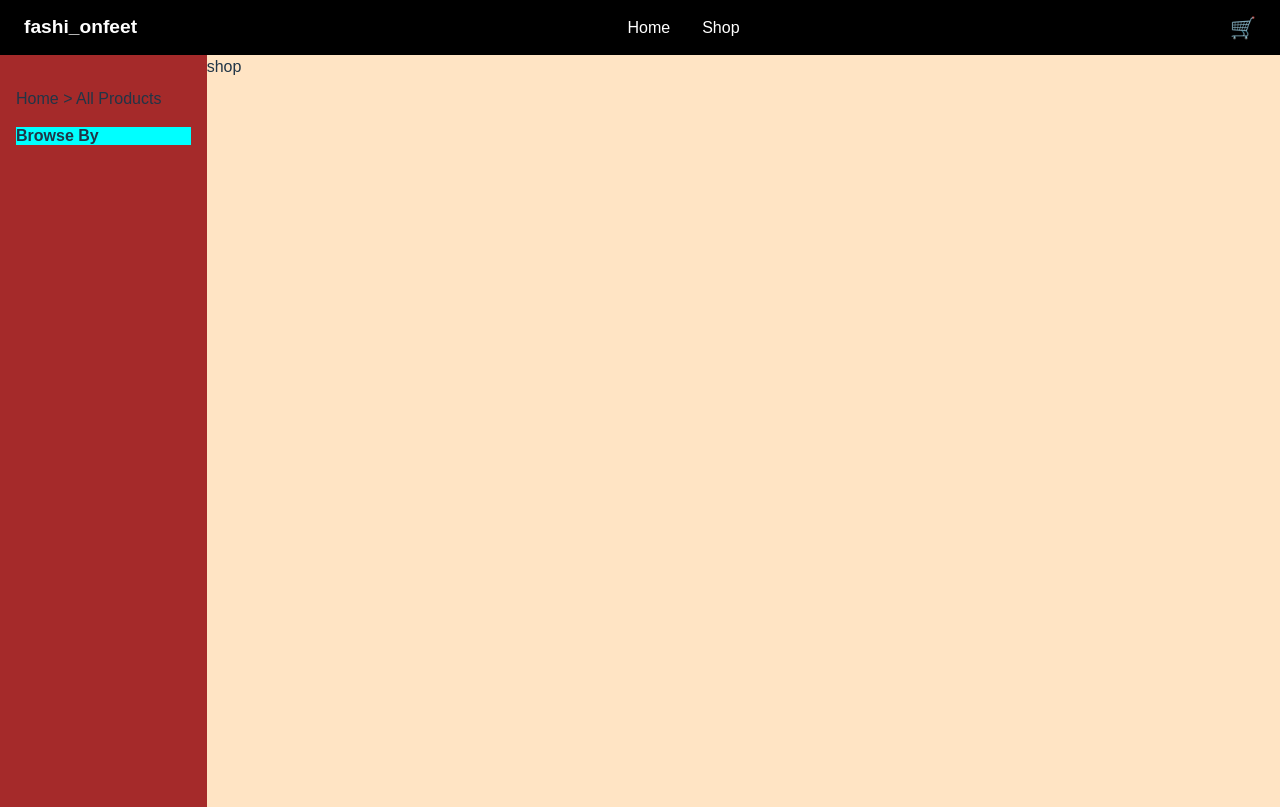
Repository: EphrahimLaanyu123/fashi_onfeet
Page: /shop
These files come from the project's save history. The page is drawn as it stood at one moment and after the next save; the edit follows.
The browser window is 1280 px wide. The pictures show the whole page.
The project was rebuilt for these pictures with package versions that can differ from the ones it lists, and the page was loaded fresh each time. Also part of the build but not shown: vite.config.js, src/Home/Home.jsx, src/Home/components/Products.css, src/Home/components/Products.jsx, src/Shop/components/supabaseClient.js, src/Shop/components/AddForm.css, src/Shop/components/AddProductForm.jsx.

Above is the page before, as saved 2025-04-18 20:47:17.

After the next save:
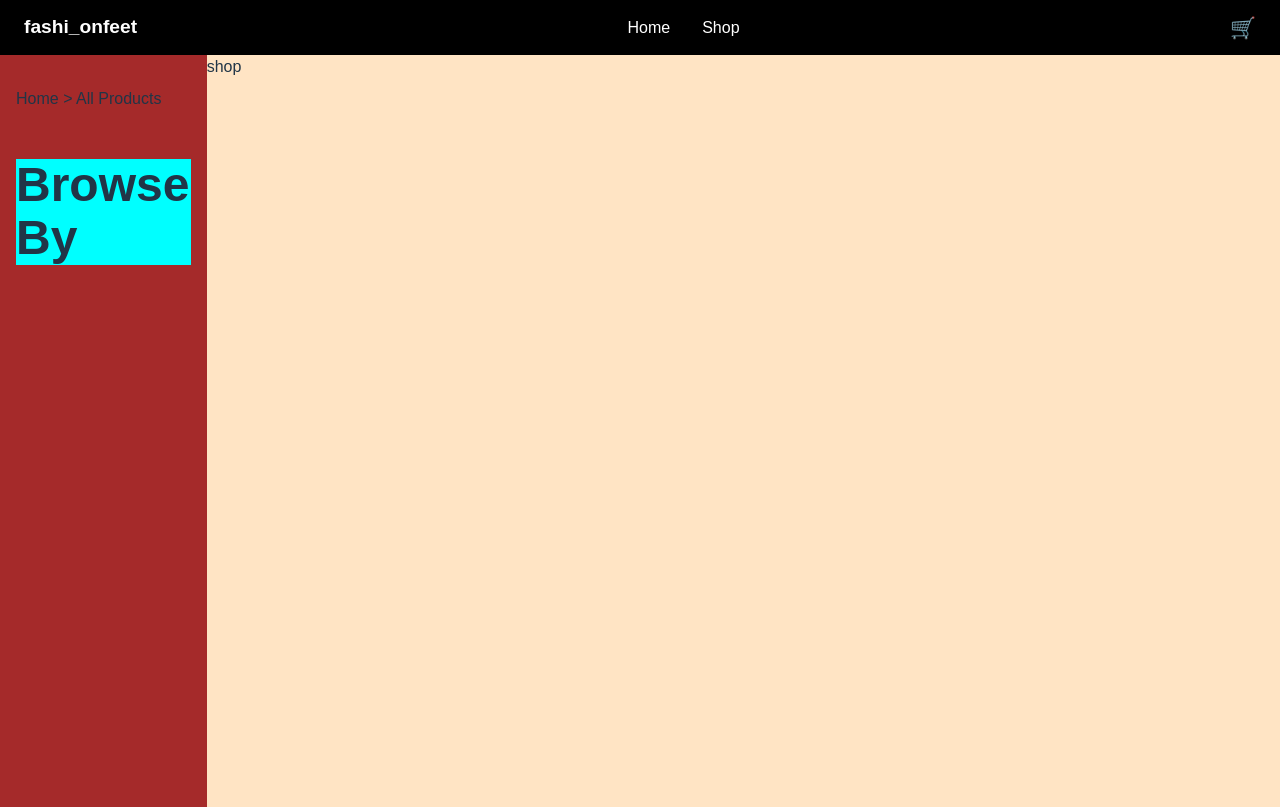
Saved 6 s later.
--- a/src/Shop/Shop.css
+++ b/src/Shop/Shop.css
@@ -30,5 +30,5 @@ body, html {
 }
 
 .Browse_by_h1 {
-    font-size: 1rem;
+    font-size: 3rem;
 }
